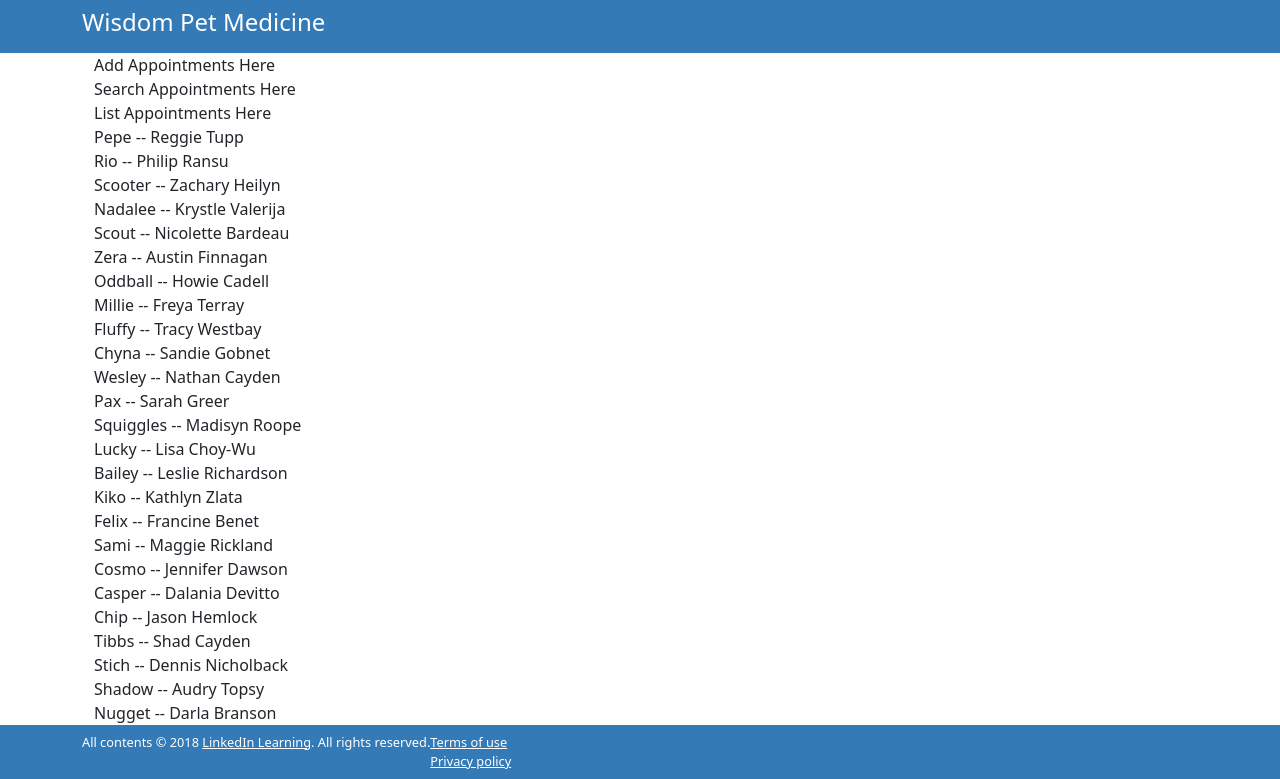
Repository: DevLuDaley/reactinterface
Page: /
An editor plug-in stored every save of this project. The page is shown before and after the next save, followed by the edit.
The browser window is 1280 px wide. The pictures show the whole page.
The project was rebuilt for these pictures with package versions that can differ from the ones it lists, and the page was loaded fresh each time. Also part of the build but not shown: src/css/App.css.

Above is the page before, as saved 2021-02-04 17:58:40.

After the next save:
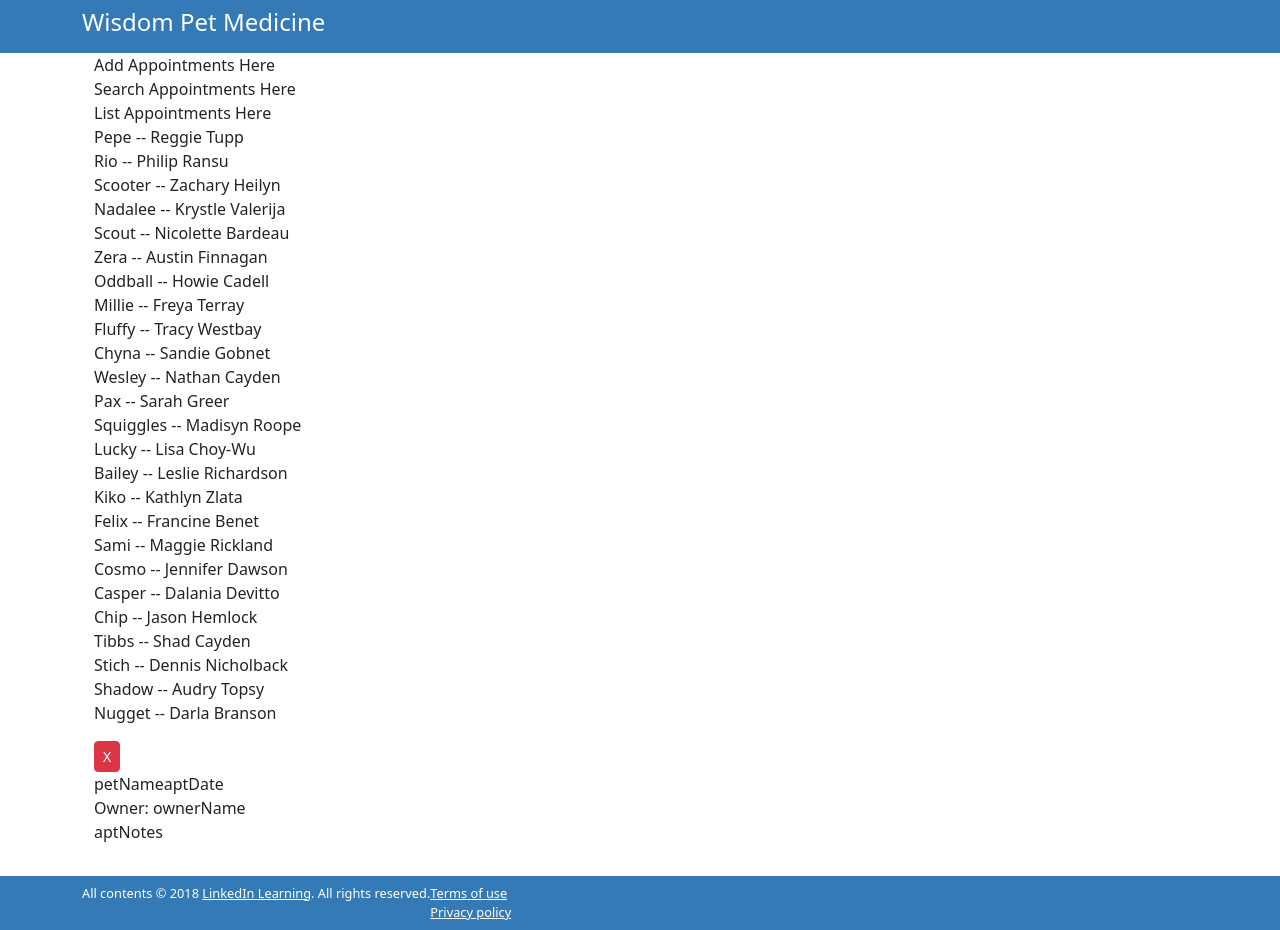
Saved 5 min 24 s later.
--- a/src/components/ListAppointments.js
+++ b/src/components/ListAppointments.js
@@ -20,6 +20,26 @@ class ListAppointments extends Component {
         <div>
             List Appointments Here
             {listItems}
+                  <div className="appointment-list item-list mb-3">
+          <div className="pet-item col media py-3">
+            <div className="mr-3">
+              <button className="pet-delete btn btn-sm btn-danger">X</button>
+            </div>
+
+            <div className="pet-info media-body">
+              <div className="pet-head d-flex">
+                <span className="pet-name">petName</span>
+                <span className="apt-date ml-auto">aptDate</span>
+              </div>
+
+              <div className="owner-name">
+                <span className="label-item">Owner: </span>
+                <span>ownerName</span>
+              </div>
+              <div className="apt-notes">aptNotes</div>
+            </div>
+          </div>
+      </div>
         </div>
         );
     }
